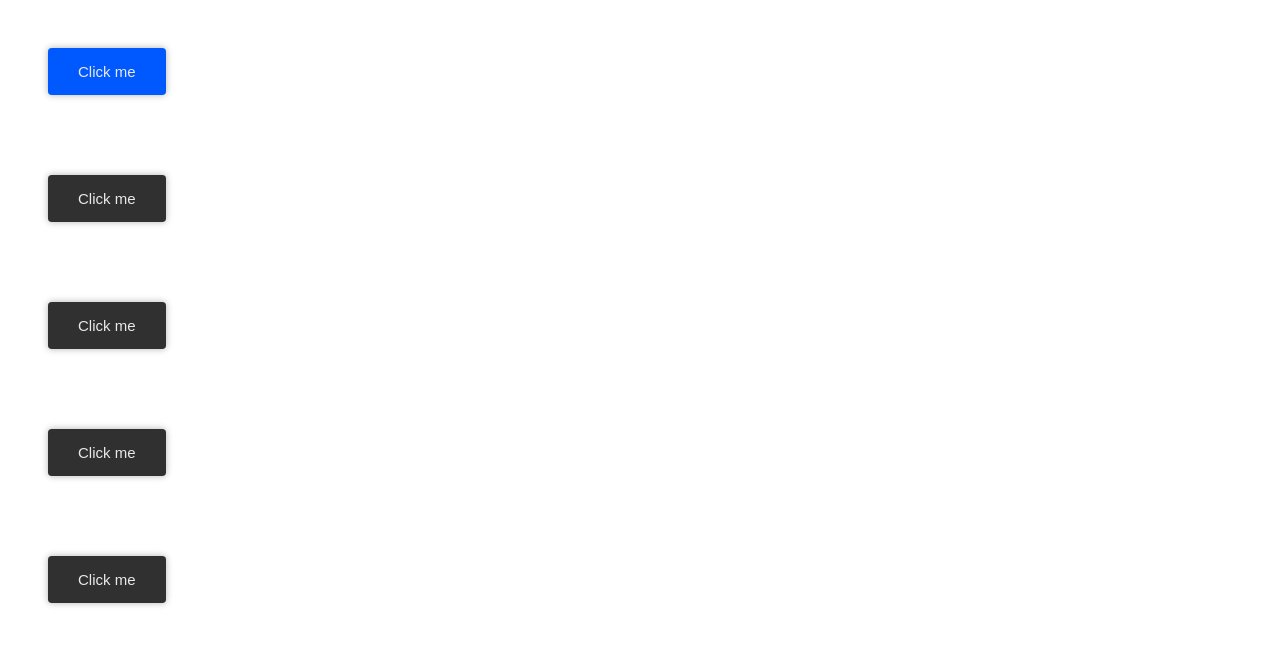
Repository: Folody-Team/Patery-UI
Page: example/index.html
The author's editor kept a copy of each file at every save. The page is drawn from the files as they stood at one save, then again after the next save.
The browser window is 1280 px wide. The pictures show the whole page.

Above is the page before, as saved 2022-01-18 12:42:21.

After the next save:
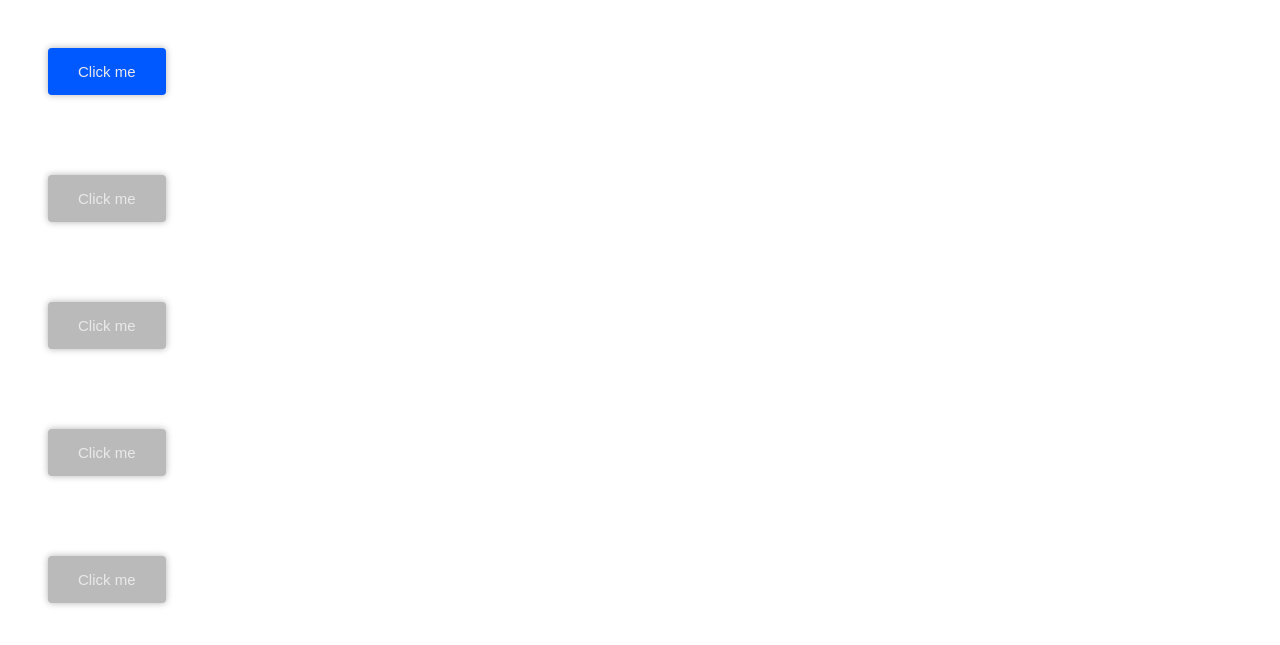
Saved 32 s later.
--- a/patery-ui.css
+++ b/patery-ui.css
@@ -9,7 +9,7 @@
     --gray-light: #2f2f2f;
     --gray-lighter: #4a4a4a;
     --gray-lightest: #6a6a6a;
-    --gray-moment: #303030;
+    --gray-moment: #30303054;
     --red: #ff0a33;
     --red-moment: #ff3758;
     --blue: #00a0ff;
